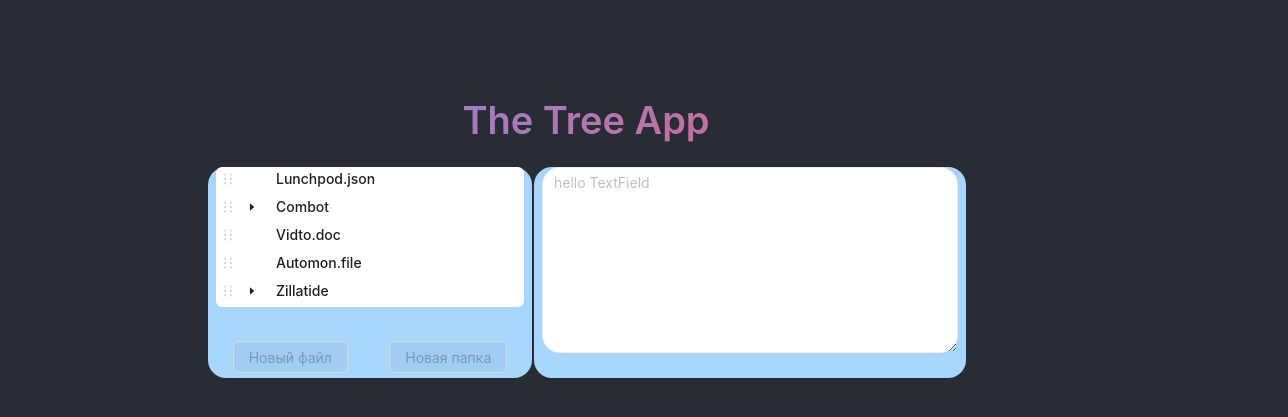
Repository: technasan/filetree
Page: / (app in my-app/)
An editor plug-in stored every save of this project. The page is shown before and after the next save, followed by the edit.
The browser window is 1280 px wide. The page is 1288 px wide, so the pictures cover 1288 px, including what lies to the right of the window. The pictures show the whole page.
The project was rebuilt for these pictures with package versions that can differ from the ones it lists, and the page was loaded fresh each time. Also part of the build but not shown: my-app/src/index.css.

Above is the page before, as saved 2023-11-10 11:22:03.

### my-app/public/index.html
<!DOCTYPE html>
<html lang="en">
  <head>
    <meta charset="utf-8" />
    <link rel="icon" href="%PUBLIC_URL%/favicon.ico" />
    <meta name="viewport" content="width=device-width, initial-scale=1" />
    <meta name="theme-color" content="#000000" />
    <meta
      name="description"
      content="Test app for AI startup"
    />
    <link rel="manifest" href="%PUBLIC_URL%/manifest.json" />
    <title>FileTree App</title>
  </head>
  <body>
    <noscript>You need to enable JavaScript to run this app.</noscript>
    <div id="root"></div>
    <!--
<div class="home-tag emoji-tag animation-reversed-36" style="position: absolute; top: 80px; right: 34%;"
  bis_skin_checked="1">
  <div style="padding: 6px 12px; background-color: rgb(223, 232, 247); border-radius: 18px; font-size: 23px;"
    bis_skin_checked="1">👀</div> -->
</div>
  </body>
</html>

### my-app/src/index.js
import React from 'react'
import ReactDOM from 'react-dom/client'
import './index.css'
import App from './App'

// Проверяем, есть ли структура дерева в localstorage
if (localStorage.getItem('oldTree') === 'yes' && localStorage.getItem('mytreedata')) {
	// console.log('-- Old Tree --')
	const root = ReactDOM.createRoot(document.getElementById('root'))
	root.render(
		<React.StrictMode>
			<App appData={localStorage.getItem('mytreedata')} oldTree='yes' appHello='Hello Old FileTree' />
		</React.StrictMode>
	)
} else {
	// если в localstorage пусто, запрашиваем начальные данные
	fetch(`${process.env.PUBLIC_URL}/initial.json`)
		.then(r => r.json())
		.then(data => {
			console.log('-- New Tree --')
			const root = ReactDOM.createRoot(document.getElementById('root'))
			root.render(
				<React.StrictMode>
					<App appData={data} oldTree='no' appHello='Hello New FileTree' />
				</React.StrictMode>
			)
		})
		.catch(error => {
			console.log('[err reading file]', error)
		})
}

### my-app/src/App.js
import React, { useState } from 'react'

import './App.css'
import { Row, Col, Flex, Typography } from 'antd'
import { getIcon } from './helpers'
import { FileContext } from './FileContext.js' // контекст для хранения текста редактируемого файла

import TextField from './TextField'
import Controls from './Controls'
import TreeFiles from './Tree'

const { Title } = Typography

function App({ appData, oldTree }) {
	// стартовые значения для хранения текста редактируемого файла
	const initfile = {
		key: null,
		text: '',
	}
	const [filedata, setFiledata] = useState(initfile)

	// функция добавления ключей для отображения дерева - при первом проходе
	const levelData = (array, _level, _preKey) => {
		const preKey = _preKey || '0'
		const level = _level || '0'
		for (let i = 0; i < array.length; i++) {
			const key = `${preKey}-${i}`
			array[i].key = key
			// console.log('-', key, level)
			if (array[i].children.length > 0) {
				levelData(array[i].children, level + 1, key)
			}
		}
		return array
	}

	// Проверяем признак, есть ли структура файлов в localstorage. Если да - берем данные из storage,
	// нет - добавляем keys для дерева и сразу записываем в localstorage.
	const treefiles = oldTree === 'no' ? levelData(appData) : JSON.parse(appData)
	if (oldTree === 'no') {
		localStorage.setItem('mytreedata', JSON.stringify(treefiles))
		localStorage.setItem('oldTree', 'yes')
	}

	const [treedata, setTreeData] = useState(treefiles)
	// const [treedata, setTreeData] = useState(localStorage.getItem('mytreedata') ? JSON.parse(localStorage.getItem('mytreedata')) : treefiles)
	// if (oldTree === 'yes') {
	// 	console.log('-- oldTree yes --')
	// }

	return (
		<div className='App'>
			<Row gutter={16}>
				<Col span={14} offset={4}>
					<Title className='heading'>The Tree App</Title>
				</Col>
			</Row>
			<Row gutter={16} className='m-top-5'>
				<FileContext.Provider value={{ filedata, setFiledata }}>
					<Col span={6} offset={4} className='block-bg'>
						<Flex vertical='true' justify='space-between'>
							<div className='h-tree'>
								<TreeFiles appData={treedata} filedata={filedata} className='text-field' />
							</div>
							<br />
							<Controls />
						</Flex>
					</Col>
					<Col span={8} offset={0} className='block-bg'>
						<TextField />
					</Col>
				</FileContext.Provider>
			</Row>
		</div>
	)
}
export default App

// {getIcon('folder_opened')} {getIcon('arrow_side')} {getIcon('arrow_side')}

### my-app/src/App.css
body {
  margin: 0;
  font-family: Roboto, "Open Sans", sans-serif;
  background-color: #282c34;
  -webkit-font-smoothing: antialiased;
  -moz-osx-font-smoothing: grayscale;
}

code {
  font-family: source-code-pro, Menlo, Monaco, Consolas, 'Courier New',
    monospace;
}

.App {
  margin-top: 10vh;
  font-family: Roboto, "Open Sans", sans-serif;
}

.App-header {
  background-color: #282c34;
  min-height: 100vh;
  display: flex;
  flex-direction: column;
  align-items: center;
  justify-content: center;
  font-size: calc(10px + 2vmin);
  color: white;
}

.heading {
  text-align: center;
  -webkit-text-fill-color: transparent !important;
  fill: transparent !important;
  -webkit-background-clip: text !important;
  background-clip: text !important;
  background-image: linear-gradient(135deg, #818ae6, #e2627c);
}

.block-bg {
  background-color: rgb(168, 213, 252);
  border-radius: 18px;
  border-style: none;
  color: #21123dc9;
  font-size: clamp(12px, 2vw, 20px);
  font-weight: 500;
  margin-right: 2px;
  padding: 0 4px 5px 0;
}
.m-top-5 {
  margin-top: 5px;
}
.h-tree {
  min-height: 150px;
  height: auto;
}

#btnContainer .ant-space-item {
  margin: auto;
}

.text-field {
    border-radius: 18px;
    border-style: dotted;
}

 /*
div {
  border: 2px dashed black;
} */

### my-app/src/FileContext.js
import React, { createContext } from 'react'
export const FileContext = createContext()

### my-app/src/TextField.js
import React, { useContext, useState } from 'react'
import { FileContext } from './FileContext.js'

import './App.css'
import { Input } from 'antd'

const { TextArea } = Input

function TextField() {
	const [textval, setTextVal] = useState('')
	// const [currentkey, setCurrentKey] = useState('')
	const { filedata, setFiledata } = useContext(FileContext)

	const onHandleInput = e => {
		console.log('[TEXTFIELD onInput]', e.target.value, filedata)
		setTextVal(e.target.value)
		setFiledata({ key: filedata.key, text: e.target.value })
	}

	return (
		<TextArea
			rows={8}
			placeholder='hello TextField'
			className='text-field'
			value={filedata.text}
			onInput={onHandleInput}
		></TextArea>
	)
}
export default TextField

### my-app/src/Controls.js
import React, { useState } from 'react'
import './App.css'
import { Button, Space } from 'antd'

function Controls() {
	return (
		<Space id='btnContainer'>
			<Button type='primary' className='button' disabled>
				Новый файл
			</Button>
			<Button type='primary' className='button' disabled>
				Новая папка
			</Button>
		</Space>
	)
}
export default Controls

### my-app/src/Tree.js
import React, { useState, useContext } from 'react'
import { FileContext } from './FileContext.js'
import { Tree } from 'antd'

function TreeFiles({ appData }) {
	const [gData, setGData] = useState(appData)
	const [expandedKeys] = useState([]) // const [expandedKeys] = useState(['0-1'])

	const onDragEnter = info => {
		console.log(info)
		// expandedKeys, set it when controlled is needed
		// setExpandedKeys(info.expandedKeys)
	}

	const onDrop = info => {
		console.log('[info onDrop]', info)
		const dropKey = info.node.key
		const dragKey = info.dragNode.key
		const dropPos = info.node.pos.split('-')
		const dropPosition = info.dropPosition - Number(dropPos[dropPos.length - 1])
		const loop = (data, key, callback) => {
			for (let i = 0; i < data.length; i++) {
				if (data[i].key === key) {
					return callback(data[i], i, data)
				}
				if (data[i].children) {
					loop(data[i].children, key, callback)
				}
			}
		}
		const data = [...gData]

		// Find dragObject
		let dragObj
		loop(data, dragKey, (item, index, arr) => {
			arr.splice(index, 1)
			dragObj = item
		})
		if (!info.dropToGap) {
			// Drop on the content
			loop(data, dropKey, item => {
				item.children = item.children || []
				// where to insert. New item was inserted to the start of the array in this example, but can be anywhere
				item.children.unshift(dragObj)
			})
		} else if (
			(info.node.props.children || []).length > 0 &&
			// Has children
			info.node.props.expanded &&
			// Is expanded
			dropPosition === 1 // On the bottom gap
		) {
			loop(data, dropKey, item => {
				item.children = item.children || []
				// where to insert. New item was inserted to the start of the array in this example, but can be anywhere
				item.children.unshift(dragObj)
				// in previous version, we use item.children.push(dragObj) to insert the
				// item to the tail of the children
			})
		} else {
			let ar = []
			let i
			loop(data, dropKey, (_item, index, arr) => {
				ar = arr
				i = index
			})
			if (dropPosition === -1) {
				ar.splice(i, 0, dragObj)
			} else {
				ar.splice(i + 1, 0, dragObj)
			}
		}

		console.log('[before setGData]', data)

		setGData(data)
	}

	const { filedata, setFiledata } = useContext(FileContext)
	console.log('[Tree filedata]', gData, filedata)

	// функция заменяет текст выбранного файла при вводе в TextField
	function changeFileText(key, arrayData) {
		const newtree = arrayData.map((item, i) => {
			if (item.children) {
				item.children = changeFileText(key, item.children)
			}
			if (item.key === key) {
				// заменить найденный текст
				item.text = filedata.text
				console.log('[fd]', filedata.key, key, filedata.text)
				return item
			} else {
				// остальные не меняем, возвращаем как есть
				return item
			}
		})
		return newtree
	}

	if (filedata.key != null) {
		const newtree = changeFileText(filedata.key, gData)
		console.log('[newtree]', newtree)
		// setGData(newtree)
	}

	const onSelect = (info, e) => {
		console.log('[NODE onSelect]', info, e, filedata)
		setFiledata({ key: e.node.key, text: e.node.text })
	}

	return (
		<Tree
			className='draggable-tree'
			defaultExpandedKeys={expandedKeys}
			draggable
			blockNode
			onDragEnter={onDragEnter}
			onDrop={onDrop}
			onSelect={onSelect}
			treeData={gData}
		/>
	)
}
export default TreeFiles

### my-app/public/initial.json
[
  {
    "id": 1,
    "parent": 0,
    "title": "Lunchpod.json",
    "isFolder": false,
    "current": false,
    "text": "Commodo ut ex est id minim sint dolor occaecat eu sunt. Aliquip proident do culpa nulla labore mollit tempor commodo ut qui pariatur qui irure. Irure sit mollit dolor nulla ex nostrud. Anim tempor sunt quis dolor est culpa id. Fugiat exercitation sint veniam eiusmod exercitation veniam.\r\n",
    "children": []
  },
  {
    "id": 2,
    "parent": 0,
    "title": "Combot",
    "isFolder": true,
    "current": false,
    "text": "Nisi non est irure labore ipsum commodo aute eiusmod. Nisi amet fugiat ex magna anim mollit duis exercitation. Nulla ullamco nulla tempor ullamco duis exercitation ea. Id ex in eiusmod amet velit cupidatat mollit esse incididunt anim occaecat incididunt ipsum excepteur.\r\n",
    "children": [
          {
            "id": 19,
            "parent": 2,
            "title": "Momentia.txt",
            "isFolder": false,
            "current": false,
            "text": "Magna consequat qui enim deserunt Lorem. Ipsum adipisicing esse aliqua sint sit tempor labore mollit aliquip enim duis ullamco Lorem aute. Sunt laborum commodo duis occaecat sunt anim irure ea sunt sunt.\r\n",
            "children": []
        },
        {
            "id": 20,
            "parent": 2,
            "title": "Automon.txt",
            "isFolder": false,
            "current": false,
            "text": "Quis deserunt quis minim exercitation do. Labore esse consequat exercitation ullamco tempor tempor commodo qui labore ullamco ad Lorem. Culpa et veniam aliqua eiusmod quis eu consequat velit aliquip exercitation laborum deserunt.\r\n",
            "children": []
        }
    ]
  },
  {
    "id": 3,
    "parent": 0,
    "title": "Vidto.doc",
    "isFolder": false,
    "current": false,
    "text": "Nulla tempor minim anim Lorem ut laboris cupidatat aliquip occaecat magna. Ad cillum occaecat excepteur qui cillum. Veniam irure laboris aliquip consequat. Mollit est nulla proident velit laborum id cillum sunt eu. Duis nisi sint consequat consectetur officia dolor sunt irure irure aliqua velit adipisicing eiusmod quis. Dolore cillum amet ullamco eu id esse ut id culpa amet aute.\r\n",
    "children": []
  },
  {
    "id": 4,
    "parent": 0,
    "title": "Automon.file",
    "isFolder": false,
    "current": false,
    "text": "Velit tempor voluptate magna ut occaecat irure. Cupidatat est nisi duis ex non cillum nulla quis mollit. Ipsum dolor elit eu commodo non nulla magna incididunt commodo.\r\n",
    "children": []
  },
  {
    "id": 5,
    "parent": 0,
    "title": "Zillatide",
    "isFolder": true,
    "current": false,
    "text": "Esse cupidatat proident excepteur do do aliqua Lorem cillum minim in tempor reprehenderit. Nulla non ea est nulla laboris velit Lorem aute ipsum ut exercitation elit eu. Ea nulla consectetur ea ullamco occaecat ea elit elit mollit magna ut fugiat occaecat.\r\n",
    "children": [
            {
                "id": 11,
                "parent": 5,
                "title": "Synkgen",
                "isFolder": true,
                "current": false,
                "text": "Id Lorem laboris Lorem duis magna qui elit et commodo. Anim est culpa cupidatat irure duis occaecat eiusmod non dolor aliqua qui. Proident adipisicing magna laboris cillum esse nisi nulla excepteur in sunt. Magna sint Lorem non consequat cupidatat et dolor voluptate consequat cupidatat amet labore. Esse elit et in culpa esse do nostrud tempor. Nulla velit sit veniam anim magna eu duis.\r\n",
                "children": []
            },
            {
                "id": 12,
                "parent": 5,
                "title": "Ecratic",
                "isFolder": false,
                "current": false,
                "text": "Esse irure velit esse voluptate sunt quis commodo amet irure eiusmod deserunt ex aute. Ipsum aliqua do id eu deserunt aute qui reprehenderit ex eu. Proident voluptate ex fugiat deserunt dolor id officia officia. Fugiat deserunt duis sint reprehenderit cupidatat eiusmod sit. Ex voluptate eu esse tempor elit laborum qui. Qui culpa eu sunt excepteur laboris nisi labore velit duis in sit ex ad enim.\r\n",
                "children": []
            },
            {
                "id": 13,
                "parent": 5,
                "title": "Steelfab",
                "isFolder": true,
                "current": false,
                "text": "Ad ipsum officia et sint mollit consectetur dolor. Commodo est exercitation nisi anim ullamco aliquip aliquip voluptate commodo cupidatat in voluptate anim eu. Minim est esse in ea eiusmod ut pariatur labore irure cupidatat non laborum do eiusmod. Incididunt laboris reprehenderit labore consectetur cupidatat pariatur nostrud nulla qui do est sint elit. Pariatur consectetur excepteur non non consequat reprehenderit laboris.\r\n",
                "children": []
            }
        ]
  }
]

### my-app/src/helpers.js
import React from 'react'
import {
	CloseCircleOutlined,
	FileTextOutlined,
	FileAddOutlined,
	FolderOutlined,
	FolderOpenOutlined,
	FolderAddOutlined,
	RightOutlined,
	UpOutlined,
} from '@ant-design/icons'

export const getIcon = type => {
	switch (type) {
		case 'folder':
			return <FolderOutlined />
		case 'folder_opened':
			return <FolderOpenOutlined />
		case 'addfolder':
			return <FolderAddOutlined />
		case 'addfile':
			return <FileAddOutlined />
		case 'file':
			return <FileTextOutlined />
		case 'delete':
			return <CloseCircleOutlined style={{ fontSize: '16px', color: '#d25' }} />
		case 'arrow_side':
			return <RightOutlined />
		case 'arrow_up':
			return <UpOutlined />
		default:
			return null
	}
}

After the next save:
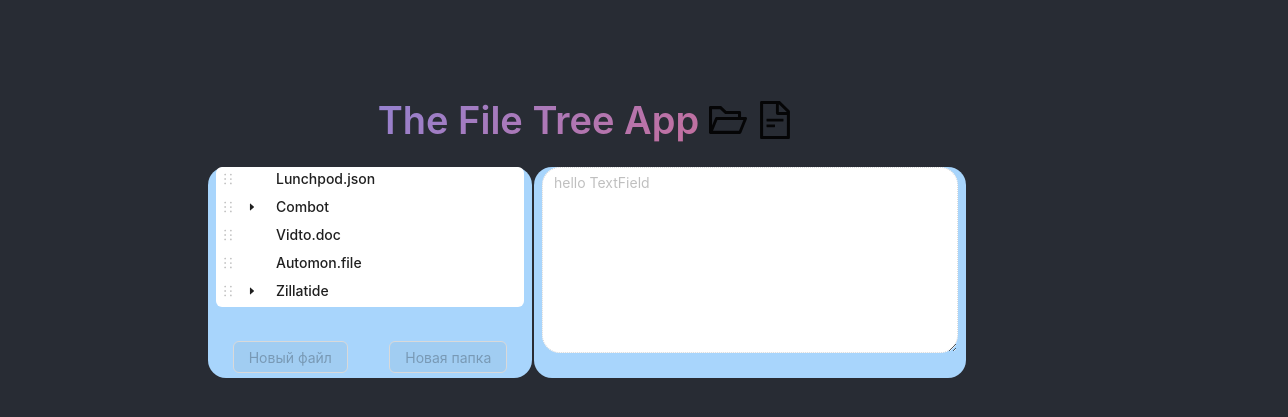
Saved 13 min 6 s later.
--- a/my-app/src/App.js
+++ b/my-app/src/App.js
@@ -52,7 +52,9 @@ function App({ appData, oldTree }) {
 		<div className='App'>
 			<Row gutter={16}>
 				<Col span={14} offset={4}>
-					<Title className='heading'>The Tree App</Title>
+					<Title className='heading'>
+						The File Tree App {getIcon('folder_opened')} {getIcon('file')}
+					</Title>
 				</Col>
 			</Row>
 			<Row gutter={16} className='m-top-5'>
